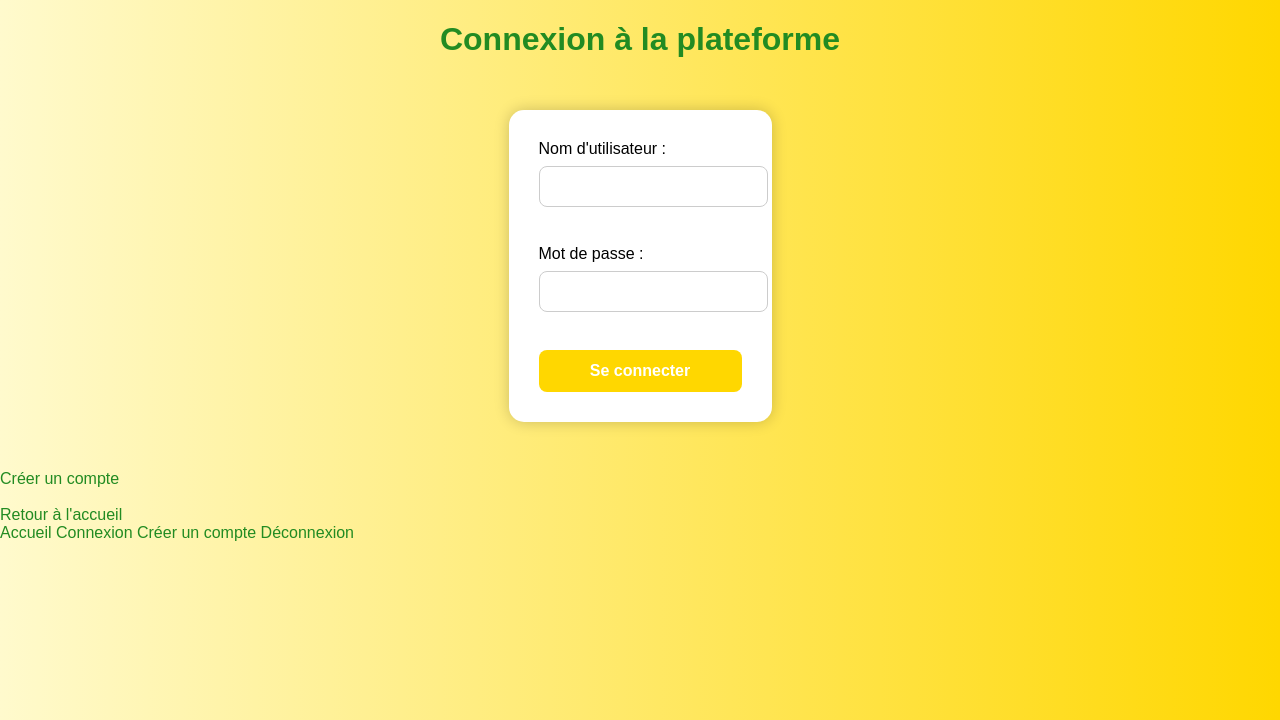
Repository: SouhailMar10/FOOD-MART
Page: http://localhost/login?next=%2Fdashboard_personnel
An editor plug-in stored every save of this project. The page is shown before and after the next save, followed by the edit.
The browser window is 1280 px wide. The pictures show the whole page.
The page is served by the project's application, run on Flask 3 (app.py).

Above is the page before, as saved 2025-04-27 01:03:02.

After the next save:
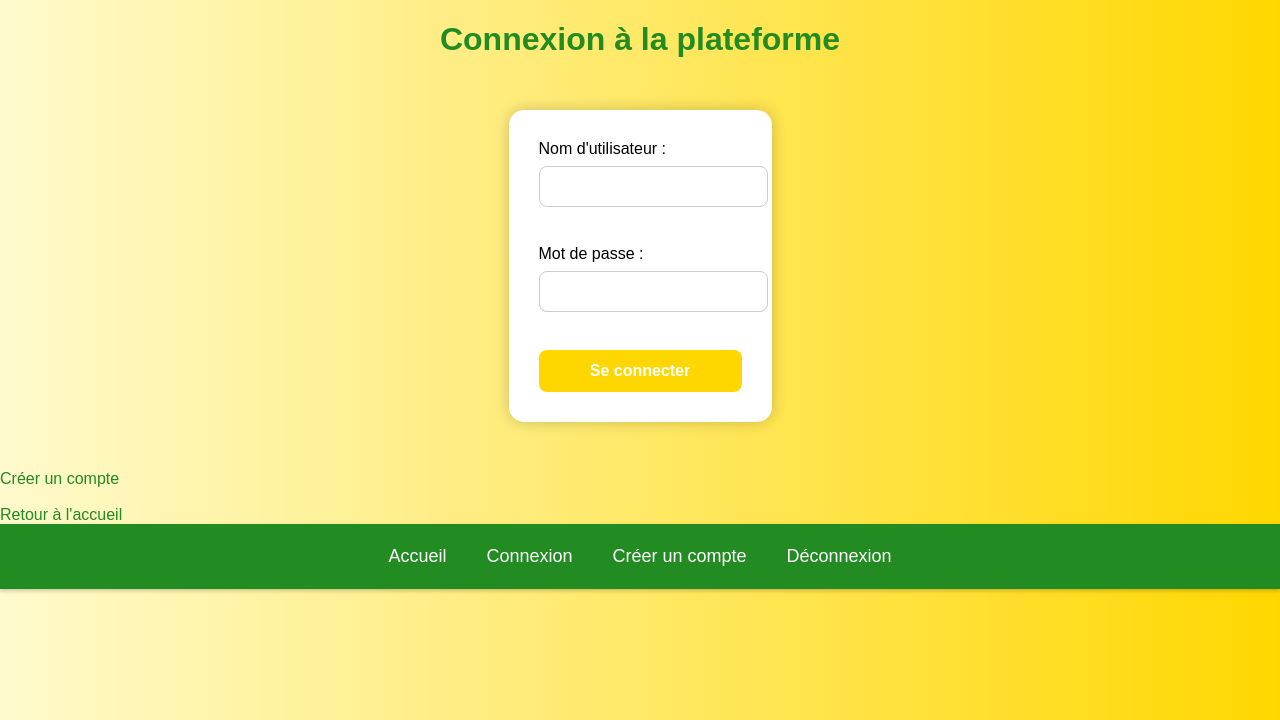
Saved 11 s later.
--- a/static/style.css
+++ b/static/style.css
@@ -135,3 +135,31 @@ a:hover {
     border-radius: 6px;
     box-shadow: 0 2px 10px rgba(0,0,0,0.1);
 }
+/* Navbar */
+.navbar {
+    background-color: #228B22; /* vert nature */
+    overflow: hidden;
+    padding: 10px 0;
+    box-shadow: 0 2px 4px rgba(0,0,0,0.2);
+}
+
+.navbar-container {
+    display: flex;
+    justify-content: center;
+    align-items: center;
+}
+
+.navbar-container a {
+    color: white;
+    text-align: center;
+    padding: 12px 20px;
+    text-decoration: none;
+    font-size: 18px;
+    transition: background-color 0.3s;
+}
+
+.navbar-container a:hover {
+    background-color: #FFD700; /* Jaune doux au hover */
+    color: #333;
+    border-radius: 8px;
+}
